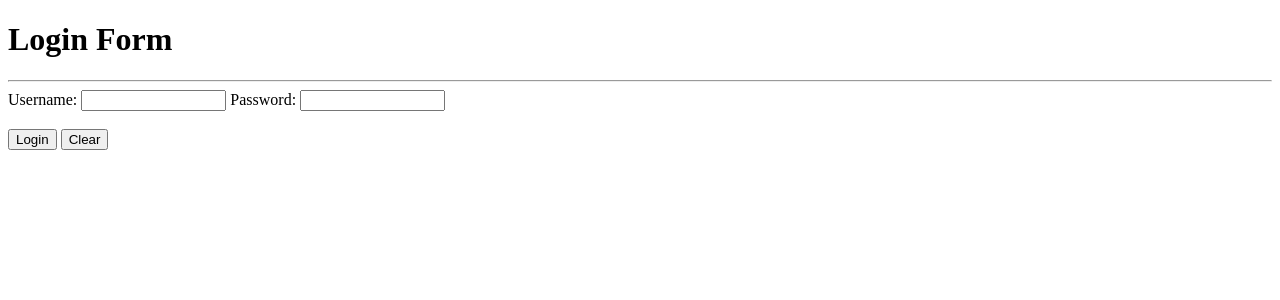
Repository: vanarla/Day8
Page: LoginApp/WebContent/login.html
These files come from the project's save history. The page is drawn as it stood at one moment and after the next save; the edit follows.
The browser window is 1280 px wide. The pictures show the whole page.

Above is the page before, as saved 2018-09-05 10:07:27.

### LoginApp/WebContent/login.html
<!DOCTYPE html>
<html>
<head>
<meta charset="ISO-8859-1">
<title>Login Page</title>
</head>
<body>

<h1>Login Form</h1>
<hr>
<form action="login" method="post">

<label>Username:</label>
<input type="text" name="username" size="15"/>
<label>Password:</label>
<input type="text" name="password" size="15"/>
<br><br>
<input type="submit" value="Login"/>
<input type="reset" value="Clear"/>

</form>


</body>
</html>

After the next save:
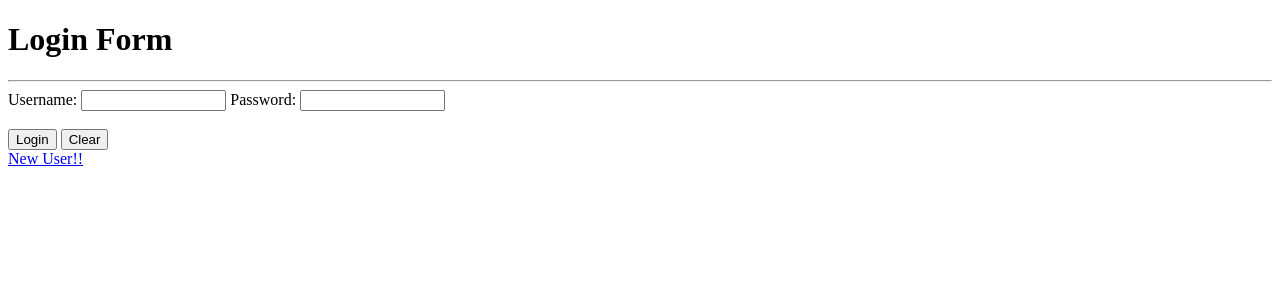
Saved 7 min 38 s later.
--- a/LoginApp/WebContent/login.html
+++ b/LoginApp/WebContent/login.html
@@ -20,6 +20,6 @@
 
 </form>
 
-
+<a href="registration.html">New User!!</a>
 </body>
 </html>
